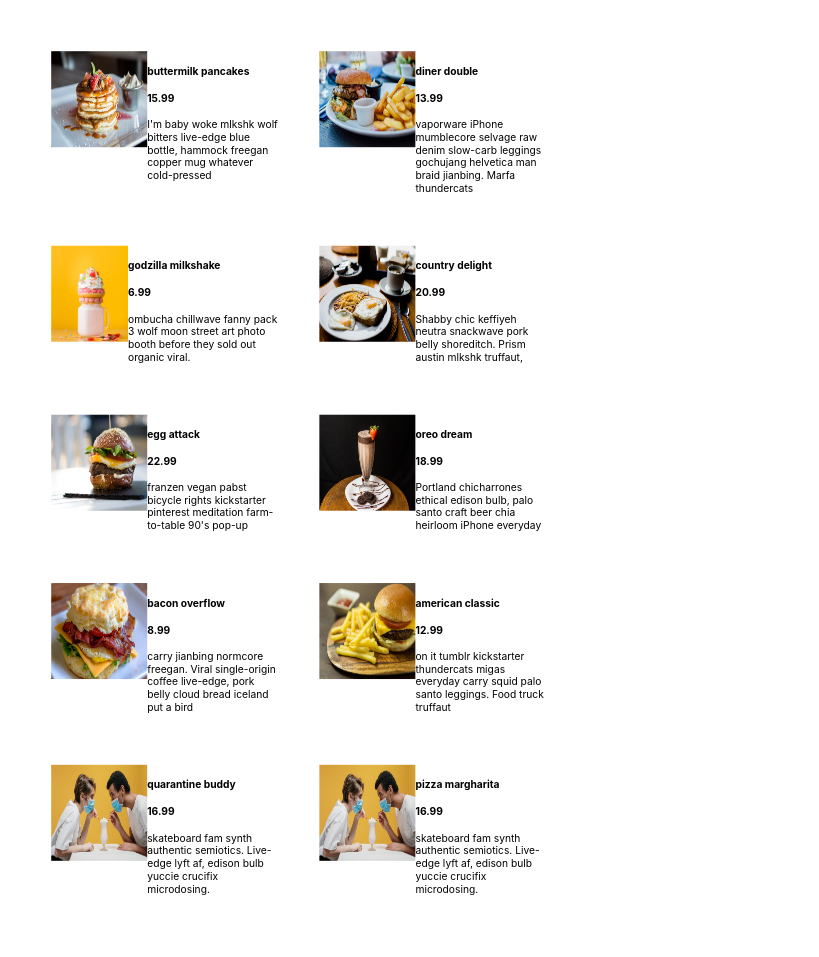
Repository: gligor99/menu-ts-react
Page: /
These files come from the project's save history. The page is drawn as it stood at one moment and after the next save; the edit follows.
The browser window is 1280 px wide. The pictures show the whole page, at 64% of full size.
The project was rebuilt for these pictures with package versions that can differ from the ones it lists, and the page was loaded fresh each time.

Above is the page before, as saved 2021-11-24 22:59:22.

After the next save:
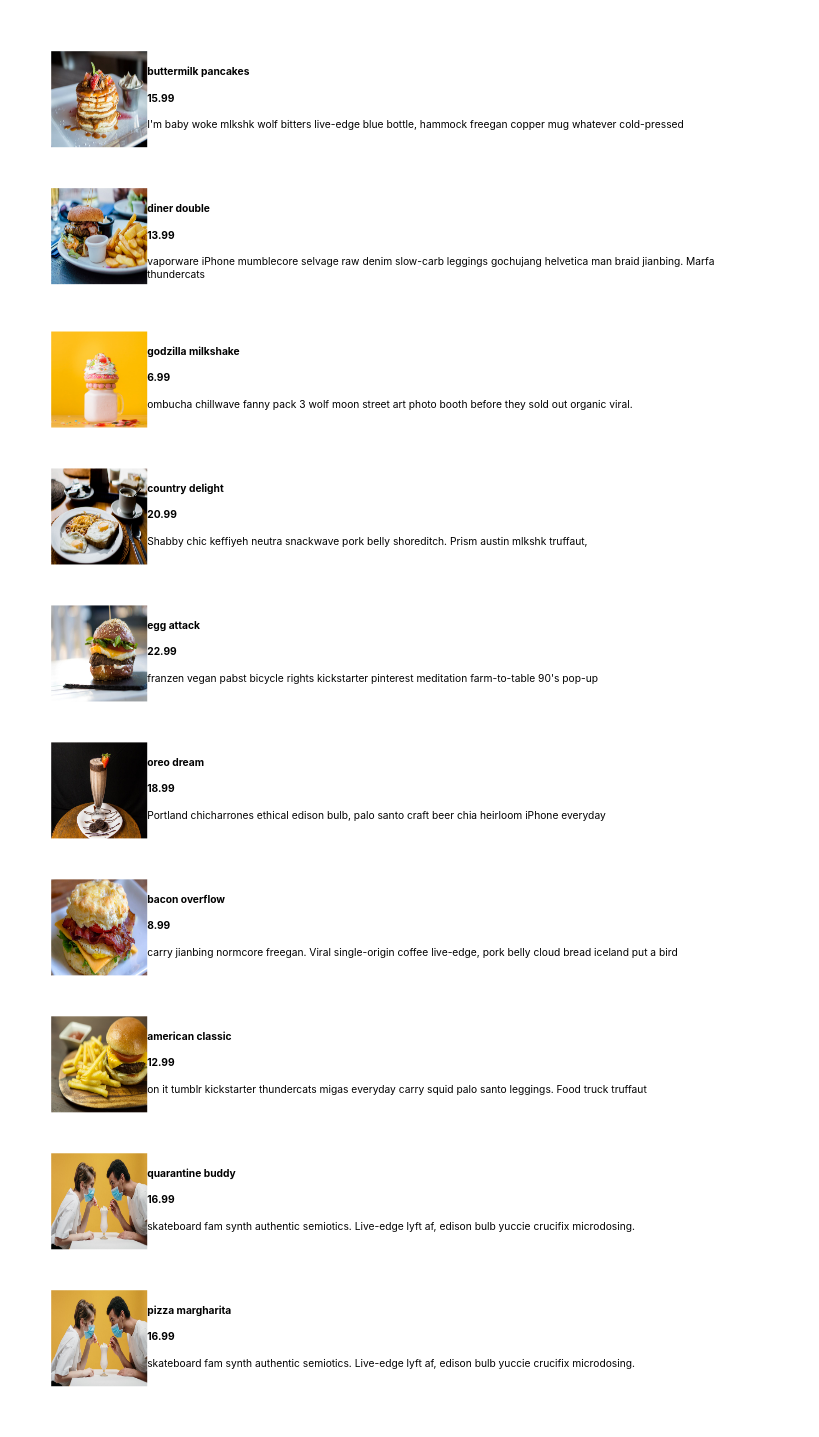
Saved 7 s later.
--- a/src/index.css
+++ b/src/index.css
@@ -25,7 +25,6 @@ code {
   padding: 2em;
   display: flex;
   flex-direction: row;
-  width: 30%;
 }
 
 
